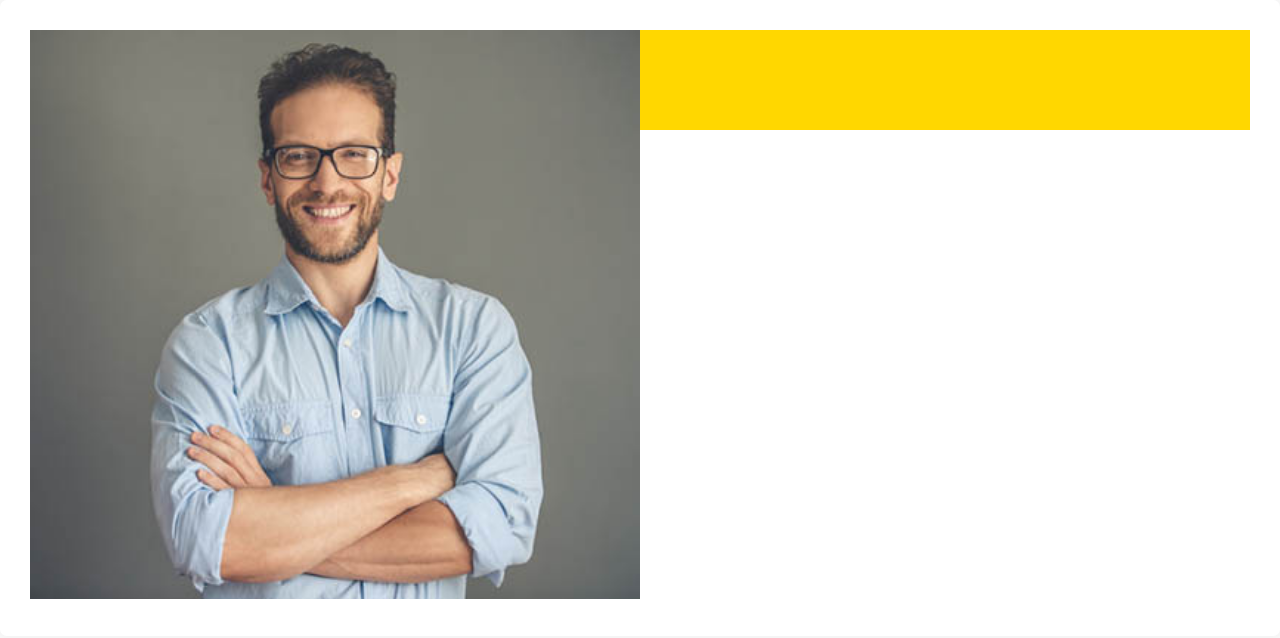
Repository: LeonUIO/first_website
Page: index.html
The author's editor kept a copy of each file at every save. The page is drawn from the files as they stood at one save, then again after the next save.
The browser window is 1280 px wide. The pictures show the whole page.

Above is the page before, as saved 2021-04-05 12:30:03.

### index.html
<!DOCTYPE html>
<html lang="en">
  <head>
    <meta charset="UTF-8" />
    <meta
      name="viewport"
      content="width=device-width, user-scalable=no, initial-scale=1.0, maximum-scale=1.0, minimum-scale=1.0"
    />
    <meta http-equiv="X-UA-Compatible" content="ie=edge" />
    <title>Document</title>
    <link rel="stylesheet" href="css/normalize.css" />
    <link rel="stylesheet" href="css/styles.css" />
  </head>
  <body>
    <div class="card testimonial">
      <div class="grid grid--cols-2">
        <div class="testimonial__image">
          <img
            class="testimonial__image"
            src="./images/testimonial.jpg"
            alt="A happy man."
          />
        </div>
        <div style="height: 100px; background: gold"></div>
      </div>
    </div>
  </body>
</html>

### css/styles.css
:root {
  --color-primary: #2584ff;
  --color-secondary: #00d9ff;
  --color-accent: #ff3400;
  --color-headings: #1b0760;
  --color-body: #918ca4;
  --color-body-darker: #5c5577;
  --color-border: #ccc;
  --border-radius: 30px;
}

*,
*::after,
*::before {
  box-sizing: border-box;
}

/* Typography */
html {
  font-size: 62.5%;
}

body {
  font-family: Inter, arial, helvetica, sans-serif;
  color: var(--color-body);
  font-size: 2.4rem;
  line-height: 1.5;
}

h1,
h2,
h3 {
  color: var(--color-headings);
  margin-bottom: 1rem;
}

h1 {
  font-size: 7rem;
}

h2 {
  font-size: 4rem;
}

h3 {
  font-size: 3rem;
}

@media screen and (min-width: 1024px) {
  body {
    font-size: 1.8rem;
  }

  h1 {
    font-size: 8rem;
  }

  h2 {
    font-size: 4rem;
  }

  h3 {
    font-size: 2.4rem;
  }
}

/* Links */
a {
  text-decoration: none;
}

.link-arrow {
  color: var(--color-accent);
  font-size: 2rem;
  font-weight: bold;
}

.link-arrow::after {
  content: "-->";
  margin-left: 5px;
  transition: margin-left 0.15s;
}

.link-arrow:hover::after {
  margin-left: 10px;
}

@media screen and (min-width: 1024px) {
  .link-arrow {
    font: size 1.5em;
  }
}

/* Badges */
.badge {
  white-space: nowrap;
  padding: 0.5rem 2rem;
  font-weight: 600;
  border-radius: 20px;
  font-size: 2rem;
}

.badge--primary {
  background: var(--color-primary);
  color: #fff;
}

.badge--secondary {
  background: var(--color-secondary);
  color: #fff;
}

.badge--small {
  font-size: 1.6rem;
}

@media screen and (min-width: 1024px) {
  .badge {
    font-size: 1.5rem;
  }

  .badge--small {
    font-size: 1.2rem;
  }
}

/* Lists */
.list {
  list-style: none;
  color: var(--color-headings);
  padding-left: 0;
}

.list--inline .list__item {
  display: inline-block;
  margin-right: 2rem;
}

.list--tick {
  list-style-image: url(../images/tick.svg);
  padding-left: 3rem;
}

.list--tick .list__item {
  margin-bottom: 1rem;
  padding-left: 0.5rem;
}

@media screen and (min-width: 1024px) {
  .list--tick .list__item {
    padding-left: 0;
  }
}

/* Icons */
.icon {
  width: 40px;
  height: 40px;
}

.icon--primary {
  fill: var(--color-primary);
}

.icon-container {
  width: 64px;
  height: 64px;
  border-radius: 100%;
  background: #f3f9fa;
  display: inline-flex;
  justify-content: center;
  align-items: center;
}

/* Buttons */
.btn {
  border-radius: 40px;
  border: 0;
  cursor: pointer;
  font-size: 1.8rem;
  font-weight: 600;
  margin: 1rem 0;
  padding: 2rem 3rem;
  text-transform: uppercase;
  text-align: center;
  white-space: nowrap;
}

.btn--primary {
  background: var(--color-primary);
  color: #fff;
}

.btn--primary:hover {
  background: #3a8ffd;
}

.btn--secondary {
  background: var(--color-secondary);
  color: #fff;
}

.btn--secondary:hover {
  background: #00c8eb;
}

.btn--accent {
  background: var(--color-accent);
  color: #fff;
}

.btn--accent:hover {
  background: #ec3000;
}

.btn--block {
  width: 100%;
  display: inline-block;
}

.btn--outline {
  background: #fff;
  color: var(--color-headings);
  border: 2px solid var(--color-headings);
}

.btn--outline:hover {
  background: var(--color-headings);
  color: #fff;
}

@media screen and (min-width: 1024px) {
  .btn {
    font-size: 1.5rem;
  }
}

/* Inputs */
.input {
  border-radius: var(--border-radius);
  border: 1px solid var(--color-border);
  color: var(--color-headings);
  font-size: 2rem;
  outline: 0;
  padding: 1.5rem 3.5rem;
}

::placeholder {
  color: #cdcbd7;
}

.input-group {
  border-radius: var(--border-radius);
  border: 2px solid var(--color-border);
  display: flex;
}

.input-group .input {
  border: 0;
  flex-grow: 1;
  padding: 1.5rem 1rem;
}

.input-group .btn {
  margin: 4px;
}

@media screen and (min-width: 1024px) {
  .input {
    font-size: 1.5rem;
  }
}

/* Cards */
.card {
  border-radius: 7px;
  box-shadow: 0 0 20px 10px #f3f3f3;
  overflow: hidden;
}

.card__header,
.card__body {
  padding: 2rem 3rem;
}

.card--primary .card__header {
  background: var(--color-primary);
  color: #fff;
}

.card--secondary .card__header {
  background: var(--color-secondary);
  color: #fff;
}

/* Plans */
.plan__name {
  color: #fff;
  margin: 0;
  font-weight: 500;
  font-size: 2.4rem;
}

.plan__price {
  font-size: 6rem;
}

.plan__billing-cycle {
  font-size: 2.4rem;
  font-weight: 300;
  opacity: 0.8;
  margin-right: 1rem;
}

.plan__description {
  font-size: 2rem;
  font-weight: 300;
  letter-spacing: 1px;
  display: block;
}

.plan .list__item {
  margin-bottom: 2rem;
}

.plan--popular .card__header {
  position: relative;
}

.plan--popular .card__header::before {
  content: url(../images/popular.svg);
  width: 40px;
  display: inline-block;
  position: absolute;
  top: -6px;
  right: 5%;
}

@media screen and (min-width: 1024px) {
  .plan__name {
    font-size: 1.4rem;
  }

  .plan__price {
    font-size: 5rem;
  }

  .plan__billing-cycle {
    font-size: 1.6rem;
  }

  .plan__description {
    font-size: 1.7rem;
  }
}

/* Media */
.media {
  display: flex;
}

.media__title {
  margin-top: 0;
}

.media__body {
  margin: 0 2rem;
}

.media__image {
  margin-top: 1rem;
}

/* Quotes */
.quote {
  font-size: 3rem;
  color: var(--color-body-darker);
  font-style: italic;
  line-height: 1.3;
}

.quote__text::before {
  content: open-quote;
}

.quote__text::after {
  content: close-quote;
}

.quote__footer {
  font-style: normal;
}

.quote--line {
  position: relative;
  bottom: 10px;
}

.quote__author {
  font-size: 3rem;
  font-weight: 500;
  margin-bottom: 0;
}

.quote__company {
  color: var(--color-headings);
  margin-top: 0;
  font-size: 2rem;
  opacity: 0.4;
}

@media screen and (min-width: 1024px) {
  .quote {
    font-size: 2rem;
  }

  .quote__author {
    font-size: 2.4rem;
  }

  .quote__company {
    font-size: 1.6rem;
  }
}

/* Grids */
.grid {
  display: grid;
}

@media screen and (min-width: 768px) {
  .grid--cols-2 {
    grid-template-columns: repeat(2, 1fr);
  }
}
@media screen and (min-width: 1024px) {
  .grid--cols-3 {
    grid-template-columns: repeat(3, 1fr);
  }
}

/* Testimonial */
.testimonial {
  padding: 3rem;
}

.testimonial__image {
  width: 100%;
}

Loaded but not shown: css/normalize.css (library)

After the next save:
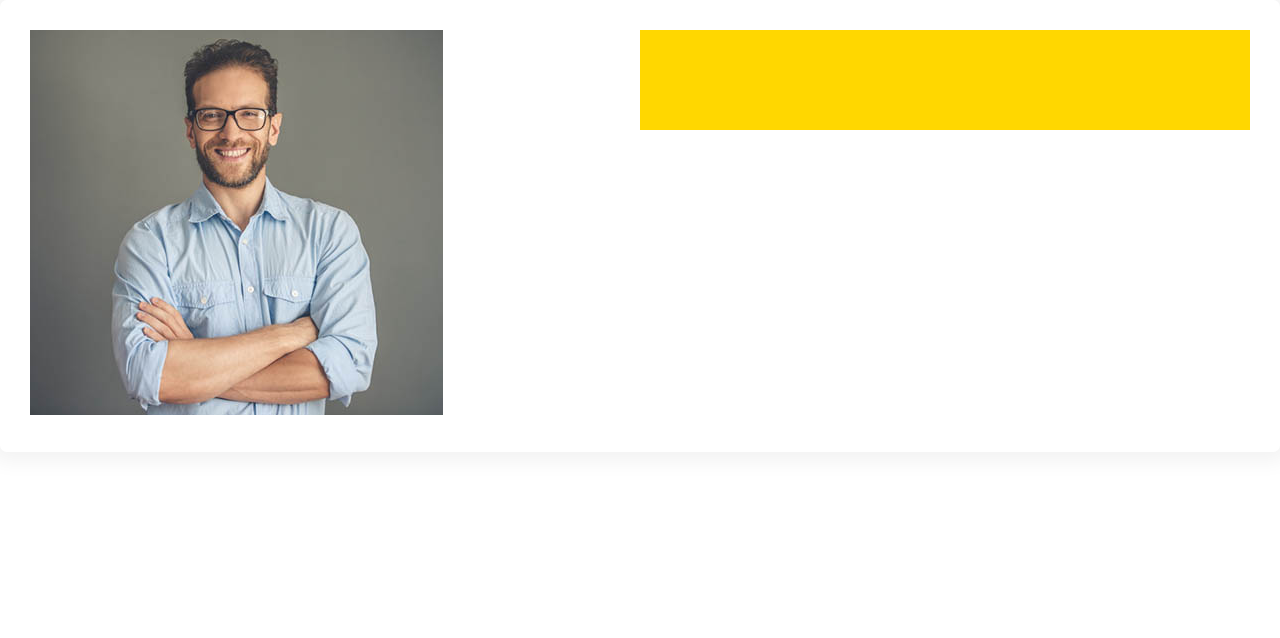
Saved 4 s later.
--- a/index.html
+++ b/index.html
@@ -16,7 +16,6 @@
       <div class="grid grid--cols-2">
         <div class="testimonial__image">
           <img
-            class="testimonial__image"
             src="./images/testimonial.jpg"
             alt="A happy man."
           />

After the 2 saves that followed:
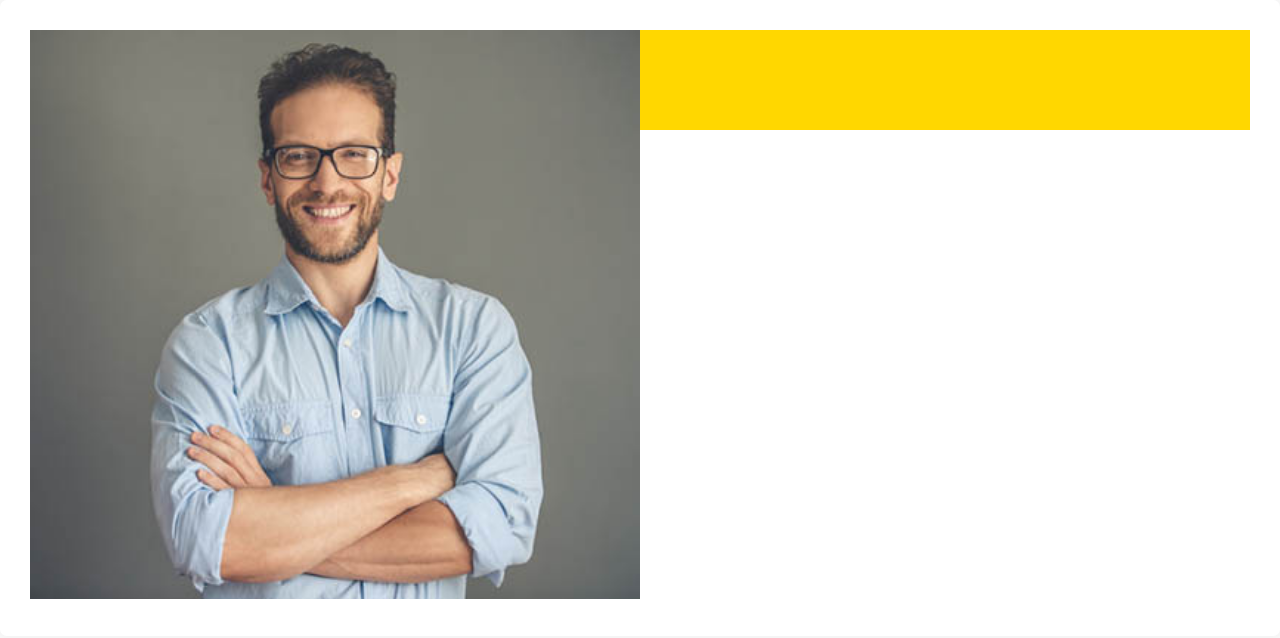
The 2 saves are shown as one change because they came seconds apart.
The last was saved 9 s later.
--- a/css/styles.css
+++ b/css/styles.css
@@ -444,6 +444,6 @@ a {
   padding: 3rem;
 }
 
-.testimonial__image {
+.testimonial__image > img {
   width: 100%;
 }
